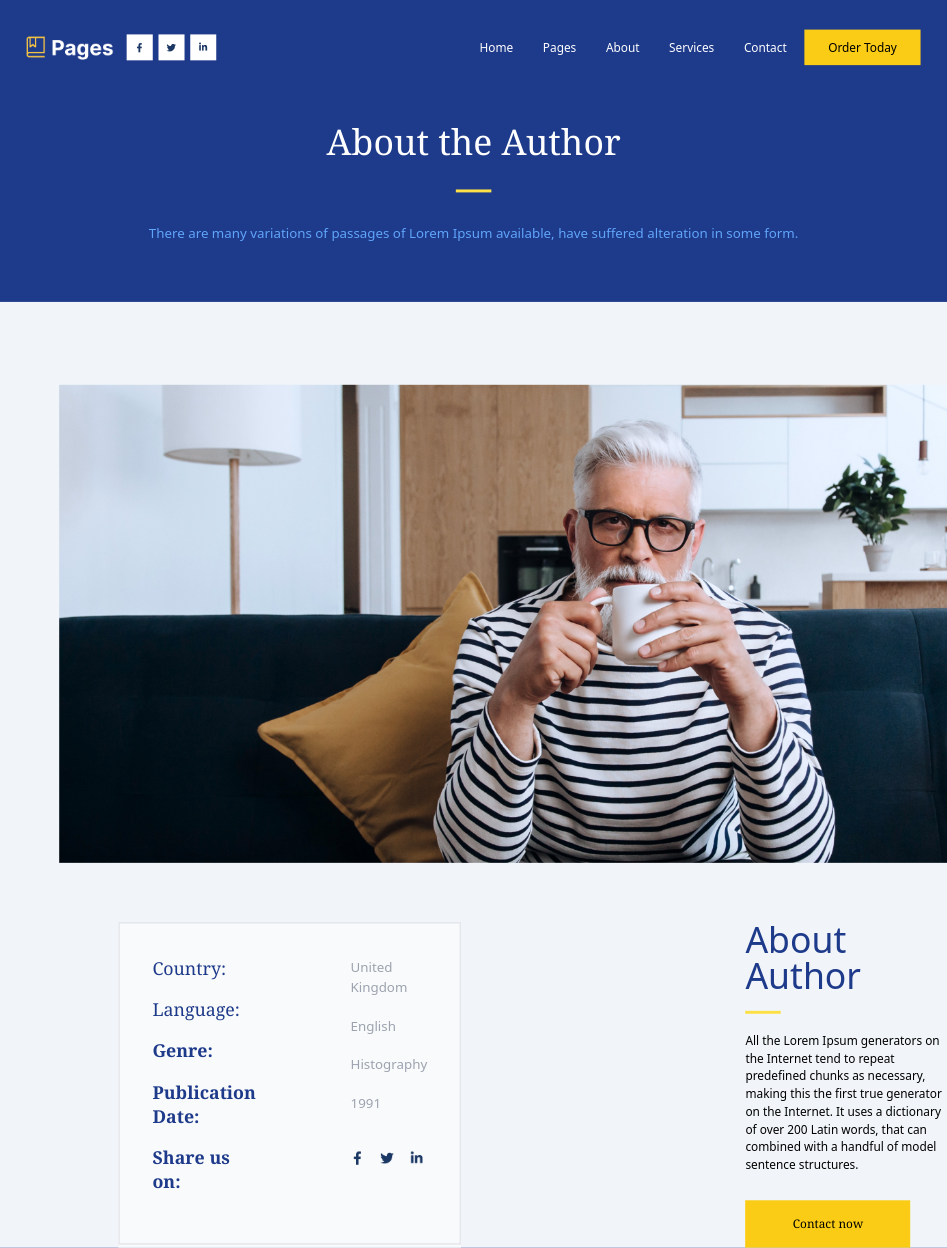
Repository: Godnorg/Class3
Page: index.html
These files come from the project's save history. The page is drawn as it stood at one moment and after the next save; the edit follows.
The browser window is 1280 px wide. The pictures show the whole page, at 74% of full size.
Some web libraries are served in a nearby version.

Above is the page before, as saved 2023-02-20 03:10:43.

### index.html
<!DOCTYPE html>
<html lang="en">
<head>
    <meta charset="UTF-8">
    <meta http-equiv="X-UA-Compatible" content="IE=edge">
    <meta name="viewport" content="width=device-width, initial-scale=1.0">
    <title>Class3</title>
    <script src="https://cdn.tailwindcss.com"></script>
</head>
<body class="w-full bg-blue-900">
<div class="flex items-center justify-between w-full pt-10 mx-auto px-9 max-w-7xl">
    <div class="flex gap-4 ">
    <img src="./Logo.png">
    <img src="./soc-icons.png" class="h-9">
    </div>
    <div class="flex gap-6">
        <ul class="flex items-center gap-10 text-white">
            <li><a href="#">Home</a></li>
            <li><a href="#">Pages</a></li>
            <li><a href="#">About</a></li>
            <li><a href="#">Services</a></li>
            <li><a href="#">Contact</a></li>
        </ul>
        <button class="px-8 py-3 mx-auto bg-yellow-400 font-sans-serif">Order Today</button>
    </div>
    </div>
    <div class="items-center mx-auto">
    <h1 class="items-center pt-20 pb-10 font-serif text-5xl text-center text-white">About the Author</h1>
        <div
            class="items-center w-12 h-1 mx-auto text-center bg-yellow-300">
        </div>
        <p class="items-center pt-10 pb-20 mx-auto text-lg text-center text-blue-400">There are many variations of passages of Lorem Ipsum available, have suffered alteration in some form.</p>
    </div>

    <div class= " bg-slate-100">
        <div class="relative w-full pb-20 pl-20 mx-auto pt-28 max-w-7xl">
        <img src="./oldman2.jpg">
        </div>
        <div class="flex">
        <div class="max-w-xl ml-40 mr-96 bg-gray-50">
            <div class="flex mt-0 border-2 pt-11 px-11 pb-11">
                <div class="pr-32">
                <h2 class="pb-6 font-serif text-2xl font-medium text-blue-900">Country:</h2>
                <h2 class="pb-6 font-serif text-2xl text-blue-900 font-bod">Language:</h2>
                <h2 class="pb-6 font-serif text-2xl font-bold text-blue-900">Genre:</h2>
                <h2 class="pb-6 font-serif text-2xl font-bold text-blue-900">Publication Date:</h2>
                <h2 class="pb-6 font-serif text-2xl font-bold text-blue-900">Share us on:</h2>
                </div>
                <div class="p-0">
                <p class="inline-flex pb-6 pr-0 text-lg text-gray-400 ">United Kingdom</p>
                <p class="pb-6 pr-0 text-lg text-gray-400">English</p>
                <p class="pb-6 pr-0 text-lg text-gray-400">Histography</p>
                <p class="pb-6 pr-0 text-lg text-gray-400">1991</p>
                <img src="./socialmedia.png" class="pb-6 pr-0 pt-7">
                </div>
            </div>
        </div>
        <div class="mx-auto">
          <h1 class="text-5xl text-blue-900 ">About Author</h1>
          <div class="w-12 h-1 my-6 bg-yellow-300"></div>
          <p class="t">All the Lorem Ipsum generators on the Internet tend to repeat predefined chunks as necessary, making this the first true generator on the Internet. It uses a dictionary of over 200 Latin words, that can combined with a handful of model sentence structures.</p>
          <button class="px-16 py-5 mx-auto font-serif bg-yellow-400 mt-9">Contact now</button>
        </div>
    </div>
</div>

</body>
</html>

After the next save:
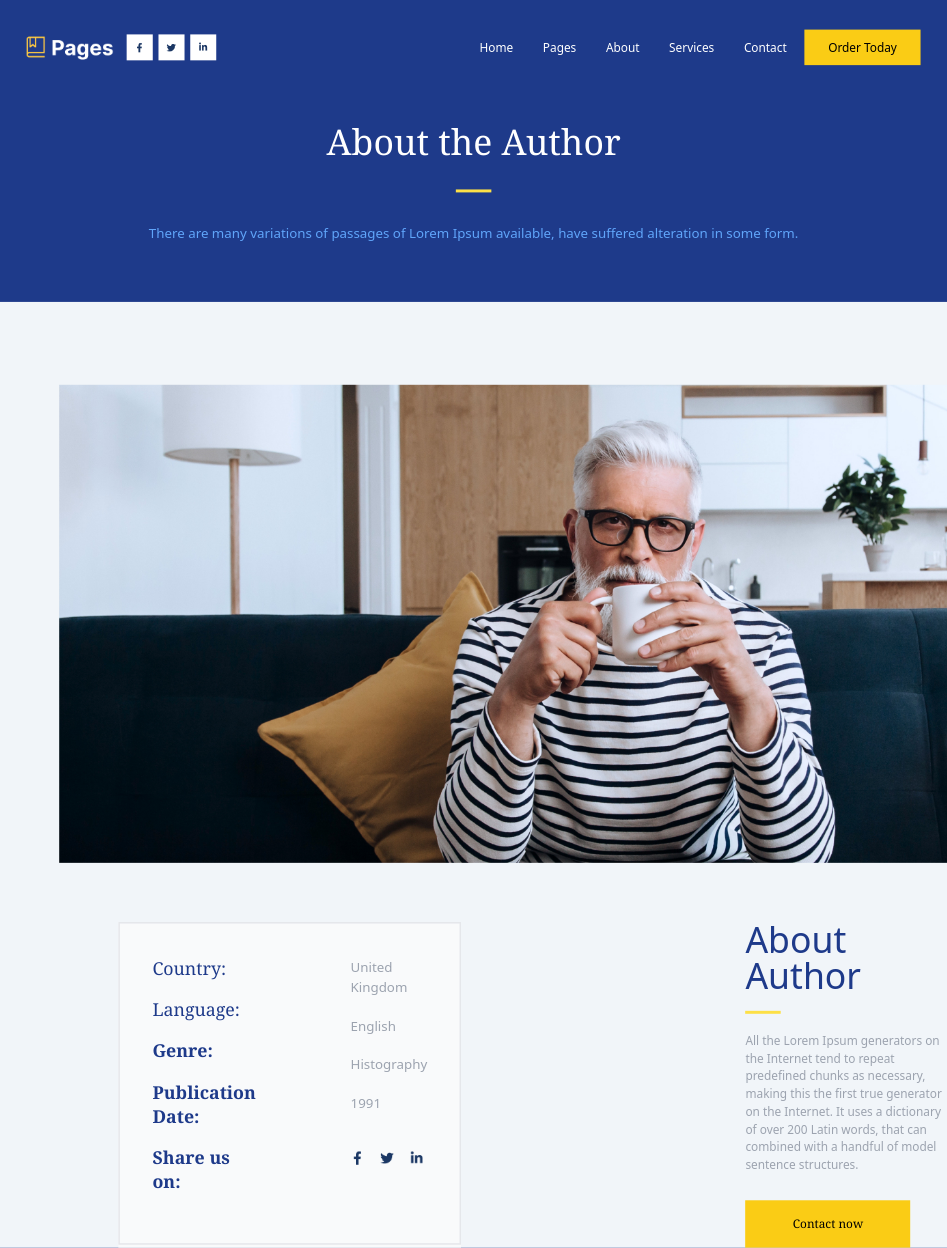
Saved 5 s later.
--- a/index.html
+++ b/index.html
@@ -58,7 +58,7 @@
         <div class="mx-auto">
           <h1 class="text-5xl text-blue-900 ">About Author</h1>
           <div class="w-12 h-1 my-6 bg-yellow-300"></div>
-          <p class="t">All the Lorem Ipsum generators on the Internet tend to repeat predefined chunks as necessary, making this the first true generator on the Internet. It uses a dictionary of over 200 Latin words, that can combined with a handful of model sentence structures.</p>
+          <p class="text-gray-400">All the Lorem Ipsum generators on the Internet tend to repeat predefined chunks as necessary, making this the first true generator on the Internet. It uses a dictionary of over 200 Latin words, that can combined with a handful of model sentence structures.</p>
           <button class="px-16 py-5 mx-auto font-serif bg-yellow-400 mt-9">Contact now</button>
         </div>
     </div>
